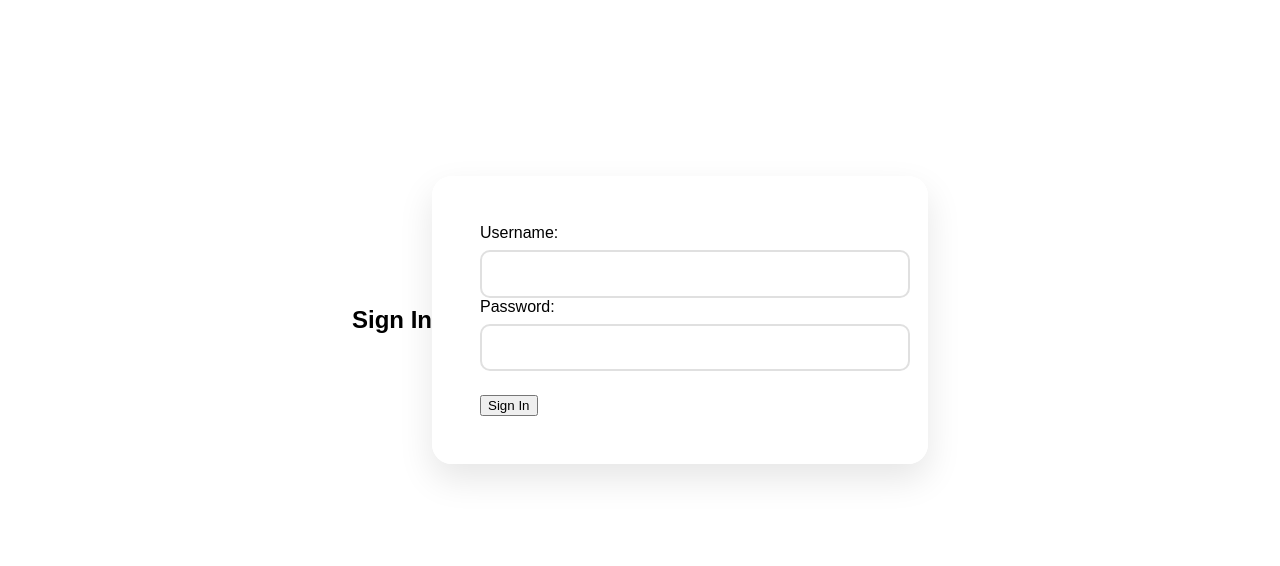
Repository: Ibrahim-Abohola/BookStore
Page: signin.html
These files come from the project's save history. The page is drawn as it stood at one moment and after a run of saves; the edit follows.
The browser window is 1280 px wide. The pictures show the whole page.

Above is the page before, as saved 2025-07-15 20:41:41.

### signin.html
<!DOCTYPE html>
<html lang="en">
    <head>
    <meta charset="UTF-8">
    <meta name="viewport" content="width=device-width, initial-scale=1.0">
    <link rel="stylesheet" href="styles.css">
    <title>Sign In</title>
    </head>
    <body>
        <div class="signin-container">
            <h2>Sign In</h2>
        <form class="signin-form">
            <div class = "form-group">
            <label for="username">Username:</label>
            <input type="text" id="username" name="username" required>
            <label for="password">Password:</label>
            <input type="password" id="password" name="password" required>
            </div>
            <button type="submit">Sign In</button>
        </form>
        </div>
    </body>
</html>

### styles.css
body {
    font-family: sans-serif;
    margin: 0;
    padding: 0;
}

.container {
    max-width: 1200px;
    margin: 0 auto;
    padding: 0 20px;
}

nav {
    background: rgba(255, 255, 255, 0.95);
    backdrop-filter: blur(10px);
    padding: 1rem 0;
    position: fixed;
    width: 100%;
    top: 0;
    z-index: 1000;
    box-shadow: 0 2px 20px rgba(0, 0, 0, 0.1);
}

nav .container {
    display: flex;
    justify-content: space-between;
    align-items: center;
}

nav ul {
    display: flex;
    list-style: none;
    background: #333;
    padding: 10px;
}

nav ul li a {
    color: white;
    margin: 0 10px;
    text-decoration: none;
}

.hero {
    background: url('images/banner.jpg') center/cover;
    color: white;
    padding: 40px;
    text-align: center;
}

.highlights {
    padding: 4rem 0;
    background: rgba(255, 255, 255, 0.95);
}

.highlights h2 {
    text-align: center;
    margin-bottom: 3rem;
    color: #764ba2;
    font-size: 2.5rem;
}

.highlight-grid {
    display: grid;
    grid-template-columns: repeat(auto-fit, minmax(300px, 1fr));
    gap: 2rem;
}

.highlight-card {
    background: white;
    padding: 2rem;
    border-radius: 15px;
    box-shadow: 0 10px 30px rgba(0, 0, 0, 0.1);
    transition: transform 0.3s ease;
}

.highlight-card:hover {
    transform: translateY(-5px);
}

.highlight-card h3 {
    color: #764ba2;
    margin-bottom: 1rem;
}

.signin-container {
    display: flex;
    justify-content: center;
    align-items: center;
    min-height: calc(100vh - 80px);
}

.signin-form {
    background: rgba(255, 255, 255, 0.95);
    padding: 3rem;
    border-radius: 20px;
    box-shadow: 0 15px 35px rgba(0, 0, 0, 0.1);
    width: 100%;
    max-width: 400px;
    backdrop-filter: blur(10px);
}

.signin-form h2 {
    text-align: center;
    margin-bottom: 2rem;
    color: #764ba2;
    font-size: 2rem;
}

.form-group {
    margin-bottom: 1.5rem;
}

.form-group label {
    display: block;
    margin-bottom: 0.5rem;
    font-weight: 500;
}

.form-group input {
    width: 100%;
    padding: 0.8rem;
    border: 2px solid #e0e0e0;
    border-radius: 10px;
    font-size: 1rem;
    transition: border-color 0.3s ease;
}

.form-group input:focus {
    outline: none;
    border-color: #764ba2;
}

.signin-btn {
    width: 100%;
    padding: 1rem;
    background: linear-gradient(135deg, #667eea 0%, #764ba2 100%);
    color: white;
    border: none;
    border-radius: 10px;
    font-size: 1.1rem;
    font-weight: 600;
    cursor: pointer;
    transition: transform 0.3s ease;
}

.signin-btn:hover {
    transform: translateY(-2px);
}

.catalog {
    display: flex;
    flex-wrap: wrap;
    gap: 20px;
    padding: 20px;
}

.catalog-header {
    padding: 2rem 0;
    background: rgba(255, 255, 255, 0.95);
    text-align: center;
}

.catalog-header h1 {
    color: #764ba2;
    font-size: 2.5rem;
    margin-bottom: 1rem;
}

.books-grid {
    display: grid;
    grid-template-columns: repeat(auto-fit, minmax(300px, 1fr));
    gap: 2rem;
    padding: 2rem 0;
}

.book-card {
    background: rgba(255, 255, 255, 0.95);
    border-radius: 15px;
    overflow: hidden;
    box-shadow: 0 10px 30px rgba(0, 0, 0, 0.1);
    transition: transform 0.3s ease;
}

.book-card:hover {
    transform: translateY(-5px);
}

.book-cover {
    width: 100%;
    height: 300px;
    background: linear-gradient(135deg, #667eea, #764ba2);
    display: flex;
    align-items: center;
    justify-content: center;
    color: white;
    font-size: 1.2rem;
    font-weight: bold;
}

.book-info {
    padding: 1.5rem;
}

.book-title {
    font-size: 1.3rem;
    font-weight: bold;
    margin-bottom: 0.5rem;
    color: #333;
}

.book-author {
    color: #666;
    margin-bottom: 0.5rem;
}

.book-genre {
    background: #764ba2;
    color: white;
    padding: 0.3rem 0.8rem;
    border-radius: 20px;
    font-size: 0.9rem;
    display: inline-block;
    margin-bottom: 1rem;
}

.availability {
    font-weight: bold;
    margin-bottom: 1rem;
}

.available {
    color: #28a745;
}

.unavailable {
    color: #dc3545;
}

.purchase-btn {
    width: 100%;
    padding: 0.8rem;
    background: linear-gradient(135deg, #667eea, #764ba2);
    color: white;
    border: none;
    border-radius: 10px;
    font-weight: 600;
    cursor: pointer;
    transition: transform 0.3s ease;
}

.purchase-btn:hover {
    transform: translateY(-2px);
}

.purchase-btn:disabled {
    background: #ccc;
    cursor: not-allowed;
    transform: none;
}

.purchase-container {
    padding: 2rem 0;
    min-height: calc(100vh - 80px);
}

.purchase-content {
    display: grid;
    grid-template-columns: 1fr 1fr;
    gap: 3rem;
    max-width: 1000px;
    margin: 0 auto;
}

.book-details {
    background: rgba(255, 255, 255, 0.95);
    padding: 2rem;
    border-radius: 15px;
    box-shadow: 0 10px 30px rgba(0, 0, 0, 0.1);
}

.purchase-form-container {
    background: rgba(255, 255, 255, 0.95);
    padding: 2rem;
    border-radius: 15px;
    box-shadow: 0 10px 30px rgba(0, 0, 0, 0.1);
}

.purchase-form h2 {
    color: #764ba2;
    margin-bottom: 1.5rem;
}

.price {
    font-size: 1.5rem;
    font-weight: bold;
    color: #764ba2;
    margin: 1rem 0;
}

.book {
    border: 1px solid #ccc;
    padding: 10px;
    width: calc(33.333% - 40px);
}

footer {
    margin-top: 40px;
    padding: 10px;
    background: #f1f1f1;
    text-align: center;
}

After the next 2 saves:
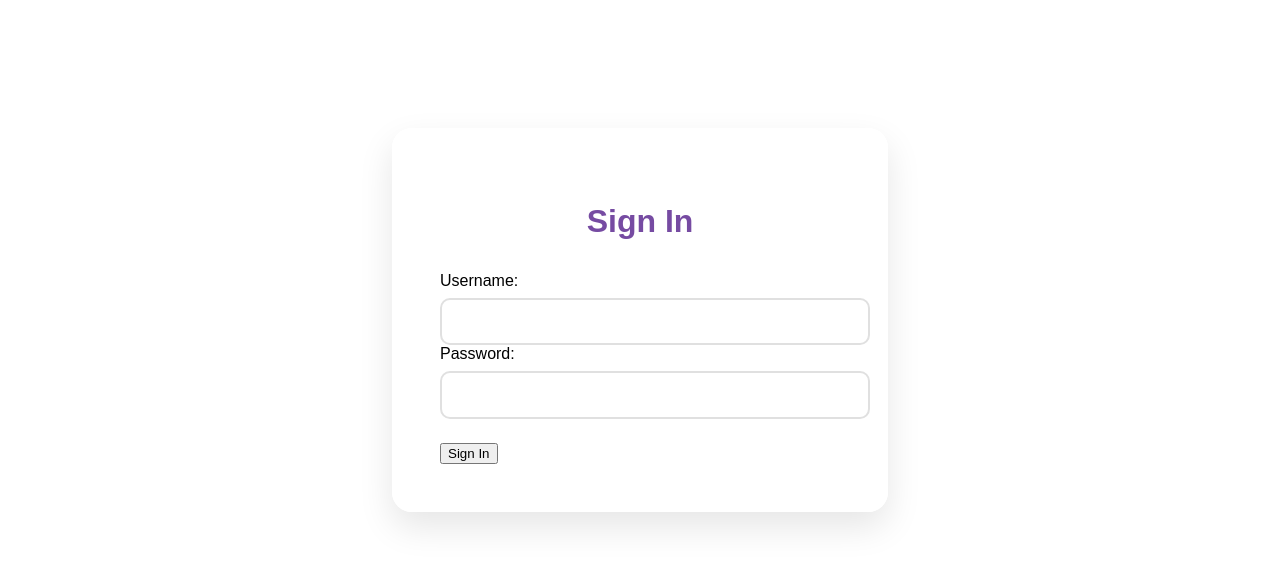
The 2 saves are shown as one change because they came seconds apart.
The last was saved 22 s later.
--- a/signin.html
+++ b/signin.html
@@ -8,8 +8,8 @@
     </head>
     <body>
         <div class="signin-container">
+        <form class="signin-form">
             <h2>Sign In</h2>
-        <form class="signin-form">
             <div class = "form-group">
             <label for="username">Username:</label>
             <input type="text" id="username" name="username" required>
